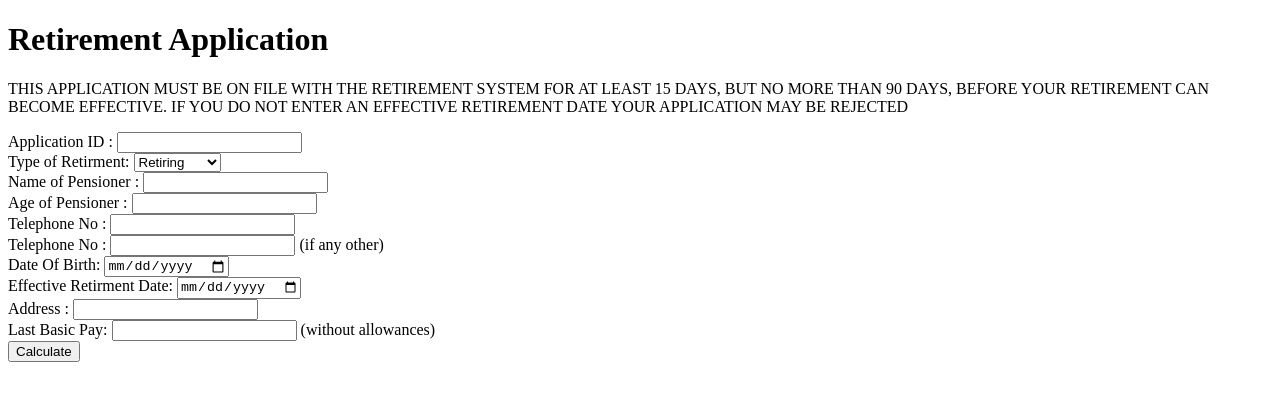
Repository: AQSA-ABDULLAH/RetirementManagmentSystem
Page: RetimentManagmentSystem/src/main/webapp/RetirementApplicationForm.html
An editor plug-in stored every save of this project. The page is shown before and after the next save, followed by the edit.
The browser window is 1280 px wide. The pictures show the whole page.

Above is the page before, as saved 2023-08-13 18:29:57.

### RetimentManagmentSystem/src/main/webapp/RetirementApplicationForm.html
<!DOCTYPE html>
<html>
<head>
<meta charset="ISO-8859-1">
<title>Retirment Application</title>
</head>
<body>
  <h1>Retirement Application</h1>
  <form method="post" action="myservlet">

	<p>THIS APPLICATION MUST BE ON FILE WITH THE RETIREMENT SYSTEM FOR AT LEAST 15 DAYS, BUT NO MORE THAN 90
DAYS, BEFORE YOUR RETIREMENT CAN BECOME EFFECTIVE. IF YOU DO NOT ENTER AN EFFECTIVE RETIREMENT DATE
YOUR APPLICATION MAY BE REJECTED</p>

	<label for="id">Application ID :</label>
    <input type="number" id="id" required><br>

	<label for="type">Type of Retirment:</label>
	<select id="fruits" name="fruits">
		<option value="apple">Retiring</option>
		<option value="banana">Banana</option>
        <option value="orange">Orange</option>
        <option value="grape">Grape</option>
        <option value="strawberry">Strawberry</option>
      </select><br>

    <label for="name">Name of Pensioner :</label>
    <input type="text" id="name" required><br>

    <label for="age">Age of Pensioner :</label>
    <input type="number" id="age" required><br>

    <label for="phoneno">Telephone No :</label>
    <input type="number" id="phoneno" required><br>

    <label for="phoneno">Telephone No :</label>
    <input type="number" id="phoneno" required>
    <span>(if any other)</span><br>

    <label for="DateBirth">Date Of Birth:</label>
    <input type="date" id="DateBirth" required><br>

    <label for="DateRetirment">Effective Retirment Date:</label>
    <input type="date" id="DateRetirment" required><br>

    <label for="address">Address :</label>
    <input type="text" id="address" required>
    <br>

    <label for="BasicPay">Last Basic Pay:</label>
    <input type="number" id="BasicPay" required>
    <span>(without allowances)</span><br>

    <button type="button">Calculate</button>
  </form>

  <p id="result"></p>
</body>
</html>

After the next save:
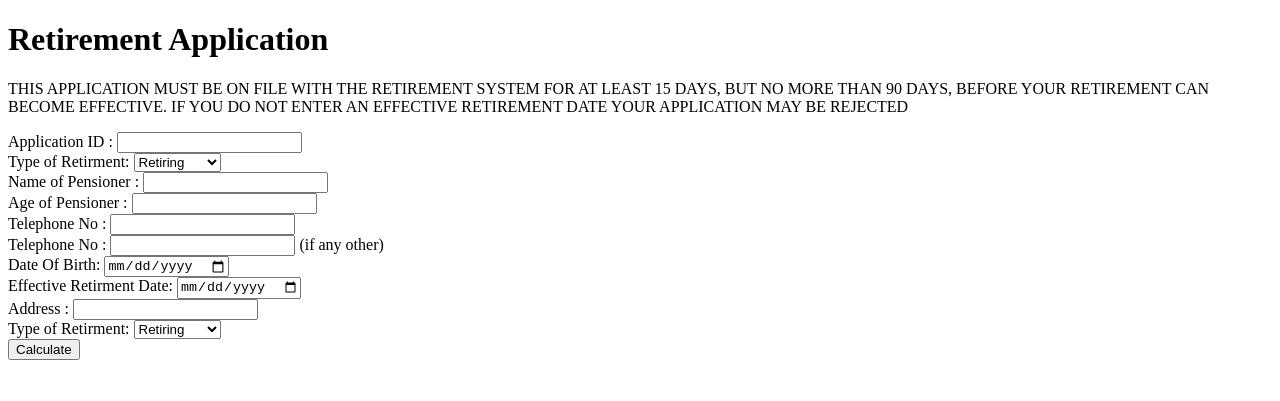
Saved 27 s later.
--- a/RetimentManagmentSystem/src/main/webapp/RetirementApplicationForm.html
+++ b/RetimentManagmentSystem/src/main/webapp/RetirementApplicationForm.html
@@ -47,9 +47,14 @@ YOUR APPLICATION MAY BE REJECTED</p>
     <input type="text" id="address" required>
     <br>
 
-    <label for="BasicPay">Last Basic Pay:</label>
-    <input type="number" id="BasicPay" required>
-    <span>(without allowances)</span><br>
+    <label for="type">Type of Retirment:</label>
+	<select id="fruits" name="fruits">
+		<option value="apple">Retiring</option>
+		<option value="banana">Banana</option>
+        <option value="orange">Orange</option>
+        <option value="grape">Grape</option>
+        <option value="strawberry">Strawberry</option>
+      </select><br>
 
     <button type="button">Calculate</button>
   </form>
